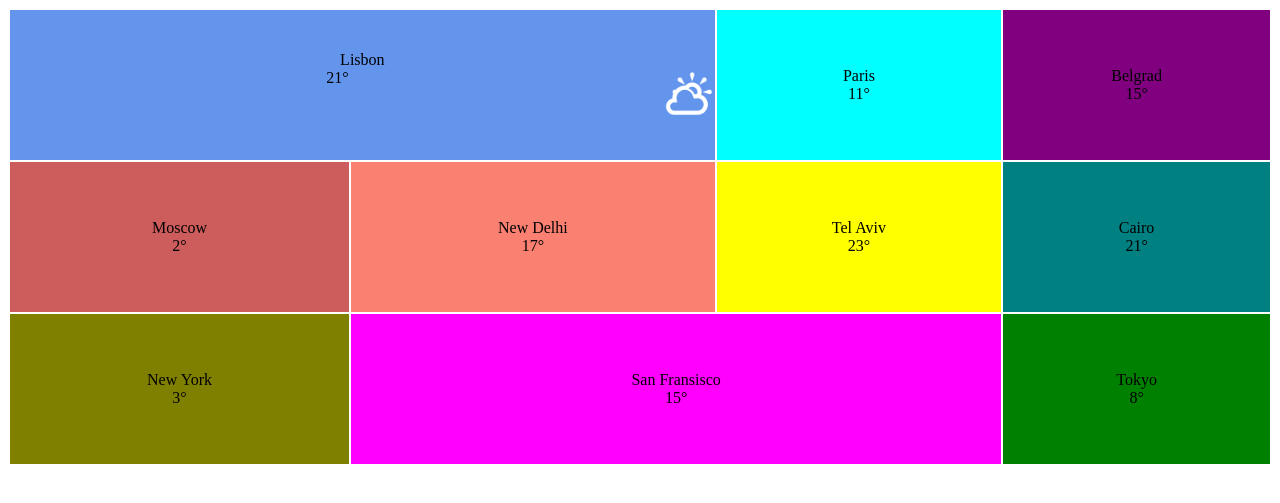
Repository: aysedo/html
Page: Week_2/index.html
The author's editor kept a copy of each file at every save. The page is drawn from the files as they stood at one save, then again after the next save.
The browser window is 1280 px wide. The pictures show the whole page.

Above is the page before, as saved 2021-08-24 15:49:47.

### Week_2/index.html
<!DOCTYPE html>
<html lang="en">
  <head>
    <meta charset="UTF-8" />
    <meta http-equiv="X-UA-Compatible" content="IE=edge" />
    <meta name="viewport" content="width=device-width, initial-scale=1.0" />
    <title>Document</title>
  </head>
  <body>
    <table width="100%">
      <tr height="150">
        <td colspan="2" bgcolor="cornflowerblue" align="center">
          Lisbon <br/>
          21°
          <img src="img.png" width="50" align="right" />
        </td>
        <td bgcolor="Aqua" align="center">
          Paris <br />
          11°
        </td>
        <td bgcolor="Purple" align="center">
          Belgrad <br />
          15°
        </td>
      </tr>
      <tr height="150">
        <td bgcolor="Indianred" align="center">
          Moscow <br />
          2°
        </td>
        <td bgcolor="Salmon" align="center">
          New Delhi <br />
          17°
        </td>
        <td bgcolor="Yellow" align="center">
          Tel Aviv <br />
          23°
        </td>
        <td bgcolor="Teal" align="center">
          Cairo <br />
          21°
        </td>
      </tr>
      <tr height="150">
        <td bgcolor="Olive" align="center">
          New York <br />
          3°
        </td>
        <td colspan="2" bgcolor="Fuchsia" align="center">
          San Fransisco<br />
          15°
        </td>
        <td bgcolor="Green" align="center">
          Tokyo <br />
          8°


        </td>
      </tr>
    </table>
  </body>
</html>

After the next save:
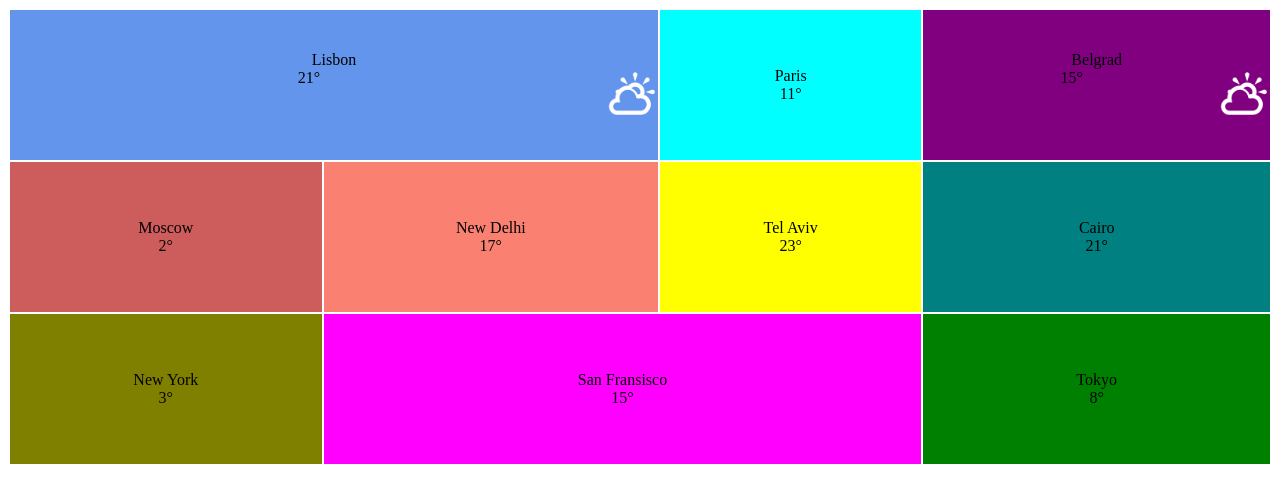
Saved 45 s later.
--- a/Week_2/index.html
+++ b/Week_2/index.html
@@ -21,6 +21,7 @@
         <td bgcolor="Purple" align="center">
           Belgrad <br />
           15°
+          <img src="img.png" width="50" align="right" />
         </td>
       </tr>
       <tr height="150">
